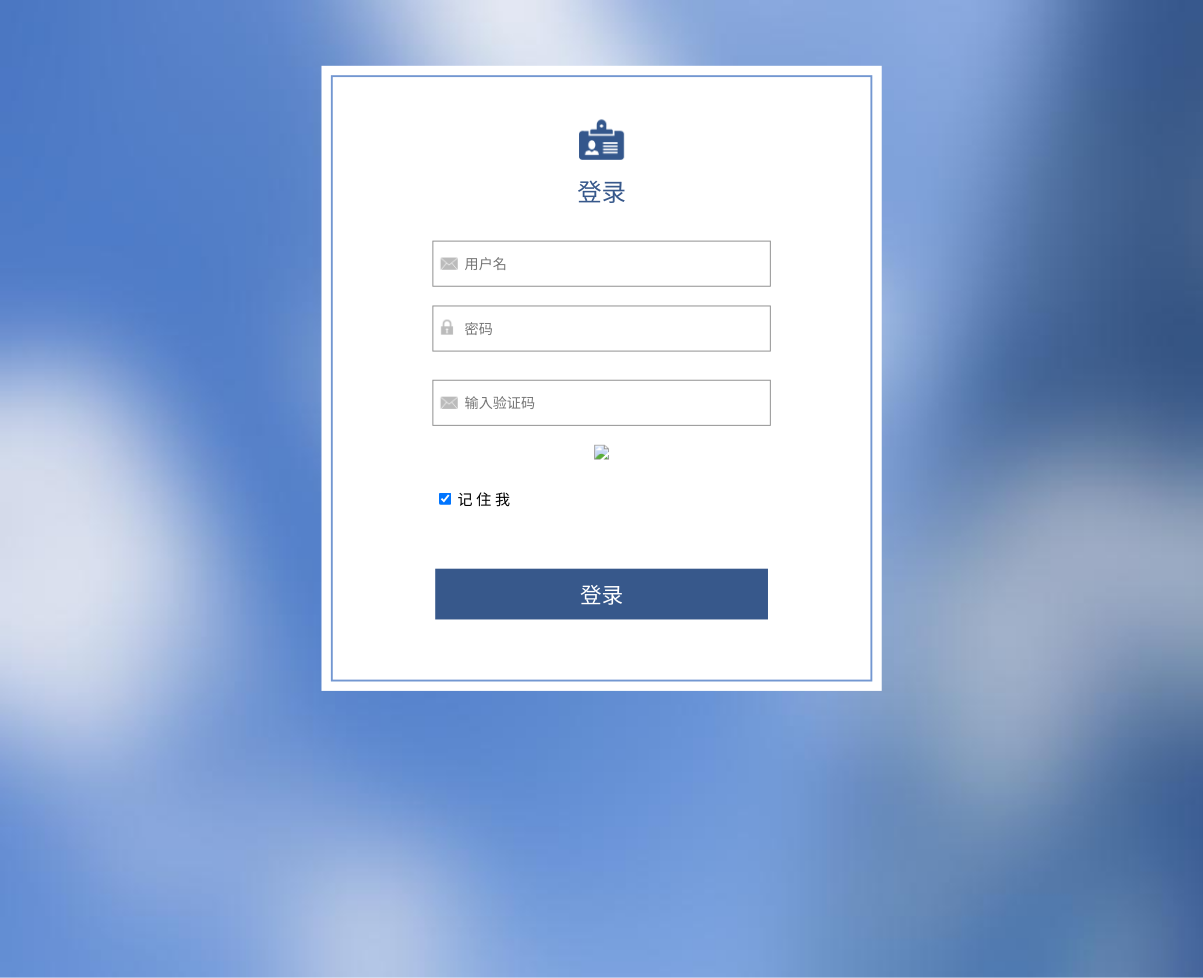
Repository: xnmll/jsp-mysql-mini-system
Page: http://localhost/Member/
An editor plug-in stored every save of this project. The page is shown before and after the next save, followed by the edit.
The browser window is 1280 px wide. The pictures show the whole page, at 94% of full size.
The page is served by Tomcat 9. Other server files are loaded and not shown.

Above is the page before, as saved 2018-05-02 11:40:40.

### finally/Member/WebRoot/login.jsp
<%@ page language="java" import="java.util.*,java.net.URLDecoder" pageEncoding="utf-8"%>
<%@taglib prefix="c" uri="http://java.sun.com/jsp/jstl/core" %>
<%@taglib prefix="fn" uri="http://java.sun.com/jsp/jstl/functions" %>
 <%
	 String username = "";
	 String password = "";
	 Cookie[] c = request.getCookies();
	 if(c != null && c.length > 0)
	 {
	   for(Cookie c1 : c)
	   {
	     if(c1.getName().equals("username"))
	     {
	       username = URLDecoder.decode(c1.getValue(),"utf-8");
	     }
	     if(c1.getName().equals("password"))
	     {
	       password = URLDecoder.decode(c1.getValue(),"utf-8");
	     }
	   }
	 }
  %>
  <%
	//获取请求上下文
	String context = request.getContextPath();
   %>
<!DOCTYPE HTML>
<html>
	<head>
		<title>登录</title>
		<!-- Custom Theme files -->
		<link href="<%=context%>/css/style1.css" rel="stylesheet" type="text/css" media="all"/>
		<!-- Custom Theme files -->
		<meta http-equiv="Content-Type" content="text/html; charset=utf-8" />
		<meta name="viewport" content="width=device-width, initial-scale=1, maximum-scale=1">
		<meta http-equiv="Content-Type" content="text/html; charset=utf-8" />
		<meta name="keywords" content="Login form web template, Sign up Web Templates, Flat Web Templates, Login signup Responsive web template, Smartphone Compatible web template, free webdesigns for Nokia, Samsung, LG, SonyErricsson, Motorola web design" />
	</head>

	<script type="text/javascript">
	   //点击验证码图片会重新加载验证码,Math.random()的作用的每次都传递不同的参数，
	   //从而每次都生成一个新的验证码对象
	     function loadImage(){
			  document.getElementById("code").src = "image.jsp?"+Math.random();
	     }
	</script>

<body>
	<div class="login">
		 <div class="login-main">
	 		<div class="login-top">
	 			<img src="images/head-img.png" alt=""/>
	 			<h1>登录</h1>
	 			<form action="<%=context%>/loginCheckAction" id="form" method="post">
	 			<input type="text" name="username" value="<%=username%>" placeholder="用户名" required>
	 			<input type="password" name="password" value="<%=password%>" placeholder="密码" required>
	 			<input type="text" id="checkcode" name="checkcode" width="200" placeholder="输入验证码" required>
	 			<img src="image.jsp"  height="30px" id="code"  onClick="javascript:loadImage();"/>
	 			<div class="login-bottom">
	 				<div class="login-check">
		 				<input type="checkbox" checked="checked" name="remember"/><i> </i> 记 住 我
		 		    </div>
		 			<div class="clear"> </div>
	 			</div>
	 			  <c:if test="${!empty errorMessage }">
			      	<font color="red">${errorMessage }</font>
			      </c:if>
			      <br><br>

	 			<input type="submit" value="登录" /><br><br>
	 			</form>
	 		</div>
	 	</div>
  </div>
</body>
</html>

### finally/Member/WebRoot/css/style1.css
/*--
Author: W3layouts
Author URL: http://w3layouts.com
License: Creative Commons Attribution 3.0 Unported
License URL: http://creativecommons.org/licenses/by/3.0/
--*/
/* start editing from here */
html,body,div,span,applet,object,iframe,h1,h2,h3,h4,h5,h6,p,blockquote,pre,a,abbr,acronym,address,big,cite,code,del,dfn,em,img,ins,kbd,q,s,samp,small,strike,strong,sub,sup,tt,var,b,u,i,dl,dt,dd,ol,nav ul,nav li,fieldset,form,label,legend,table,caption,tbody,tfoot,thead,tr,th,td,article,aside,canvas,details,embed,figure,figcaption,footer,header,hgroup,menu,nav,output,ruby,section,summary,time,mark,audio,video{margin:0;padding:0;border:0;font-size:100%;font:inherit;vertical-align:baseline;}
article, aside, details, figcaption, figure,footer, header, hgroup, menu, nav, section {display: block;}
ol,ul{list-style:none;margin:0;padding:0;}
blockquote,q{quotes:none;}
blockquote:before,blockquote:after,q:before,q:after{content:'';content:none;}
table{border-collapse:collapse;border-spacing:0;}
/* start editing from here */
a{text-decoration:none;}
.txt-rt{text-align:right;}/* text align right */
.txt-lt{text-align:left;}/* text align left */
.txt-center{text-align:center;}/* text align center */
.float-rt{float:right;}/* float right */
.float-lt{float:left;}/* float left */
.clear{clear:both;}/* clear float */
.pos-relative{position:relative;}/* Position Relative */
.pos-absolute{position:absolute;}/* Position Absolute */
.vertical-base{	vertical-align:baseline;}/* vertical align baseline */
.vertical-top{	vertical-align:top;}/* vertical align top */
.underline{	padding-bottom:5px;	border-bottom: 1px solid #eee; margin:0 0 20px 0;}/* Add 5px bottom padding and a underline */
nav.vertical ul li{	display:block;}/* vertical menu */
nav.horizontal ul li{	display: inline-block;}/* horizontal menu */
img{max-width:100%;}
/*end reset*/
/*--header start here--*/
body {
  background: url(../images/banner.jpg)no-repeat;
  background-size: cover;
  padding: 70px 0px 70px 0px;
  min-height: 900px;
  font-family: 'Roboto', sans-serif;
  font-size: 100%;
}
.login{
  width: 40%;
  background: #fff;
  margin: 0 auto;
  min-height: 400px;
  padding: 10px;
}
.login-main {
  border: 2px solid #7397D1;
  min-height: 400px;
}
.login-top {
  padding: 45px 0px;
  text-align: center;
  position: relative;
}
.login-top h1 {
  font-size: 26px;
  font-weight: 500;
  color: #37588B;
  margin: 10px 0px 35px 0px;
}
span.anc-color {
  color: #8E8E8E;
  font-weight: 300;
}
.login-top ul {
   margin: 27px 0px 20px 0px;
}
.login-top ul li{
	display:inline-block;
}
.login-top ul li a {
  background: url(../images/sprite.png)no-repeat;
  width: 35px;
  height: 34px;
  display: block;
  margin: 0px 13px 0px 0px;
}
.login-top ul li a.fa {
  background-position: 0px -35px;
}
.login-top ul li a.tw {
  background-position: -35px -35px;
}
.login-top ul li a.g {
   background-position: -72px -35px;
}
.login-top ul li a.fa:hover{
 background-position: 0px 0px;
  transition: 0.5s all;
 -webkit-transition: 0.5s all;
 -moz-transition:  0.5s all;
 -o-transition:  0.5s all;
}
.login-top ul li a.tw:hover{
  background-position: -35px 0px;
  transition: 0.5s all;
 -webkit-transition: 0.5s all;
 -moz-transition:  0.5s all;
 -o-transition:  0.5s all;
}
.login-top ul li a.g:hover{
  background-position: -72px 0px;
  transition: 0.5s all;
 -webkit-transition: 0.5s all;
 -moz-transition:  0.5s all;
 -o-transition:  0.5s all;
}
.login-top h2 {
  font-size: 19px;
  font-weight: 400;
  color: #8E8E8E;
  position:relative;
}
.login-top h2:after {
  width: 135px;
  height: 1px;
  background: #8e8e8e;
  position: absolute;
  top: 50%;
  right: 20%;
  content:'';
}
.login-top h2:before {
  width: 135px;
  height: 1px;
  background: #8e8e8e;
  position: absolute;
  top: 50%;
  left: 21%;
  content:'';
}
.login-top h3 {
  font-size: 19px;
  font-weight: 400;
  color: #8E8E8E;
  margin: 0px 0px 16px 0px;
   position: relative;
}
.login-top h3:before{
  width: 135px;
  height: 1px;
  background: #8e8e8e;
  position: absolute;
  top: 50%;
  left: 21%;
  content:'';
}
.login-top h3:after {
  width: 135px;
  height: 1px;
  background: #8e8e8e;
  position: absolute;
  top: 50%;
  right: 20%;
  content:'';
}
.login-top input[type="text"] :-webkit-input-placeholder {
  color:#9F8D78;
}
.login-top input[type="text"] {
  background: url(../images/email.png)no-repeat 7px 17px;
  font-size: 15px;
  font-weight: 400;
  color: #000;
  padding: 15px 10px 15px 33px;
  width: 55%;
  display: block;
  border: 1px solid #8b8b8b;
  outline:none;
  margin: 30px auto 20px;
  -webkit-appearance: none;
}
.login-top input[type="password"]{
background: url(../images/lock.png)no-repeat 8px 14px;
  font-size: 15px;
  font-weight: 400;
  color: #000;
  padding: 15px 10px 15px 33px;
  width: 55%;
  display: block;
  border: 1px solid #8b8b8b;
  margin: 0 auto;
  outline:none;
  -webkit-appearance: none;
}
.login-bottom {
  width: 62%;
  margin: 25px auto;
}
.login-check {
  float: left;
}
.login-para {
  float: right;
}

.login-top.checkbox input {
	position: absolute;
	left: -9999px;
}
.login-top.checkbox i {
	border-color: #fff;
	transition: border-color 0.3s;
	-o-transition: border-color 0.3s;
	-ms-transition: border-color 0.3s;
	-moz-transition: border-color 0.3s;
	-webkit-transition: border-color 0.3s;

}
.login-top.checkbox i:hover {
	border-color:red;

}
.login-top  i:before {
	background-color: #2da5da;
}
.login-top  .rating label {
	color: #ccc;
	transition: color 0.3s;
	-o-transition: color 0.3s;
	-ms-transition: color 0.3s;
	-moz-transition: color 0.3s;
	-webkit-transition: color 0.3s;
}
.login-top .checkbox input + i:after {
	position: absolute;
	opacity: 0;
	transition: opacity 0.1s;
	-o-transition: opacity 0.1s;
	-ms-transition: opacity 0.1s;
	-moz-transition: opacity 0.1s;
	-webkit-transition: opacity 0.1s;
}
.login-top .checkbox input + i:after {
	content: url(../images/tick.png) no-repeat 7px 1px;
	top: 0px;
	left: 0px;
	width: 15px;
	height: 15px;
}
.login-top .checkbox {
	padding: 8px 0px 0px 22px;
	font-size: 15px;
   font-weight: 400;
	line-height: 5px;
	color: #333;
	cursor: pointer;
	position: relative;
	display: block;
	float: left;
}
.login-top .checkbox:hover {
	text-decoration: none;
}
.login-top  .checkbox i {
  position: absolute;
  top: 0px;
  left: 0px;
  display: block;
  width: 15px;
  height: 15px;
  outline: none;
  border: 1px solid #5e5b5b;
}
.login-top  .checkbox input + i:after {
	position: absolute;
	opacity: 0;
	transition: opacity 0.1s;
	-o-transition: opacity 0.1s;
	-ms-transition: opacity 0.1s;
	-moz-transition: opacity 0.1s;
	-webkit-transition: opacity 0.1s;
}
.login-top .checkbox input + i:after {
	color: #2da5da;
}
.login-top.checkbox input:checked + i,
.login-top . input:checked + i {
	border-color: #2da5da;
}
.login-top .rating input:checked ~ label {
	color: #2da5da;
}

.login-top .checkbox input:checked + i:after {
	opacity: 1;
}
.login-top input[type="submit"] {
  background: #37588B;
  color: #FFF;
  border:none;
  font-size: 23px;
  font-weight: 400;
  padding: 10px 0px;
  width: 62%;
  cursor: pointer;
  outline: none;
}
.login-top input[type="submit"]:hover{
	background:#777;
	transition: 0.5s all;
  -webkit-transition: 0.5s all;
  -moz-transition: 0.5s all;
  -o-transition: 0.5s all;
}
.login-top h4 {
  font-size: 19px;
  font-weight: 400;
  color: #bababa;
  margin: 15px 0px 16px 0px;
}
.login-top h4 a{
  font-size: 19px;
  font-weight: 400;
  color: #969696;
  text-decoration: underline;
}
.login-top h4 a:hover{
  color: #37588B;
  transition: 0.5s all;
  -webkit-transition: 0.5s all;
  -moz-transition: 0.5s all;
  -o-transition: 0.5s all;
}
.login-top p a {
  font-size: 15px;
  font-weight: 400;
  color: #8e8e8e;
}
.login-top p a:hover{
	color:#000;
	transition: 0.5s all;
  -webkit-transition: 0.5s all;
  -moz-transition: 0.5s all;
  -o-transition: 0.5s all;
}
.copyright p {
  font-size: 16px;
  font-weight: 400;
  color: #fff;
  text-align: center;
  padding: 100px 0px 0px 0px;
}
.copyright p a{
  font-size: 16px;
  font-weight: 400;
  color: #37588B;
}
.copyright p a:hover{
  color: #fff;
  transition: 0.5s all;
  -webkit-transition: 0.5s all;
  -moz-transition: 0.5s all;
  -o-transition: 0.5s all;
}
/*--header end here--*/
/*--meadia quries start here--*/
@media(max-width:1440px){
.login-top h3:after {
  width: 120px;
}
.login-top h3:before{
  width: 120px;
}
.login-top h2:after {
  width: 120px;
}
.login-top h2:before{
  width: 120px;
}
.login {
  width: 45%;
}
}
@media(max-width:1366px){
.login-top h2:before {
  width: 115px;
}
.login-top h2:after {
  width: 115px;
}
.login-top h3:after {
  width: 115px;
}
.login-top h3:before{
  width: 115px;
}
}
@media(max-width:1280px){
.login-top h2:before {
  width: 100px;
}
.login-top h2:after {
  width: 100px;
}
.login-top h3:after {
  width: 100px;
}
.login-top h3:before{
  width: 100px;
}
}
@media(max-width:1024px){
.login-top input[type="submit"] {
  font-size: 21px;
   width: 75%;
}
.login-top input[type="text"] {
  width: 65%;
}
.login-top input[type="password"] {
  width: 65%;
}
.login-top h3:before {
  width: 95px;
  left: 15%;
}
.login-top h3:after {
  width: 95px;
  right: 15%;
}
.login-top h2:before {
  width: 95px;
  left: 15%;
}
.login-top h2:after {
  width: 95px;
  right: 15%;
}
.login-top {
  padding: 20px 0px;
}
.login-bottom {
  width: 75%;
}
}
@media(max-width:768px){
.login {
  width: 70%;
}
.login-top h1 {
  font-size: 22px;
  margin: 10px 0px 20px 0px;
}
.login-top h2 {
  font-size: 16px;
}
.login-top h3 {
  font-size: 16px;
}
.login-top h4 {
  font-size: 17px;
}
.login-top h4 a {
  font-size: 17px;
}
body {
  min-height: 800px;
}
.login-top h2:before {
  width: 125px;
}
.login-top h2:after {
  width: 125px;
}
.login-top h3:before {
  width: 125px;
}
.login-top h3:after {
  width: 125px;
}
.login-top ul {
  margin: 17px 0px 20px 0px;
}
}
@media(max-width:640px){
.login-top {
  padding: 30px 0px;
}
.login-top ul {
  margin: 20px 0px 10px 0px;
}
body {
  padding: 70px 0px 0px 0px;
}
.login-top h2:before {
  width: 100px;
}
.login-top h2:after {
  width: 100px;
}
.login-top h3:before {
  width: 100px;
}
.login-top h3:after {
  width: 100px;
}
}
@media(max-width:480px){
body {
  min-height: 700px;
}
.login-top h1 {
  font-size: 19px;
  margin: 5px 0px 10px 0px;
}
.login-top input[type="text"] {
  background: url(../images/email.png)no-repeat 6px 12px;
  padding: 10px 0px 10px 33px;
  width: 70%;
  margin: 16px auto 15px;
  font-size:13px;
}
.login-top input[type="password"] {
  background: url(../images/lock.png)no-repeat 6px 8px;
  padding: 10px 0px 10px 33px;
  width: 70%;
  font-size:13px;
}
.login-top p a {
  font-size: 14px;
}
.login-top input[type="submit"] {
  width: 80%;
  font-size: 18px;
}
.login-top h4 {
  font-size: 15px;
}
.login-top h4 a {
  font-size: 15px;
}
.copyright  p {
  font-size: 14px;
  padding: 85px 0px 0px 0px;
}
.copyright  p a{
  font-size: 14px;
}
.login-top h2:before {
  width: 85px;
  left: 11%;
}
.login-top h2:after {
  width: 85px;
   right: 11%;
}
.login-top h3:after {
  width: 85px;
  right: 11%;
}
.login-top h3:before {
  width: 85px;
  left: 11%;
}
.login-top ul {
  margin: 10px 0px 10px 0px;
}
.login-top ul li a {
  margin: 0px 3px 0px 0px;
}
.login {
  width: 75%;
}
.login-top .checkbox {
  font-size: 13px;
}
.login-bottom {
  width: 80%;
}
}
@media(max-width:320px){
body {
  padding: 40px 0px 0px 0px;
  min-height: 560px;
}
.copyright p {
  font-size: 13px;
  padding: 35px 0px 0px 0px;
}
.login-top {
  padding: 15px 0px;
}
.login-top h1 {
  font-size: 17px;
}
.login-top h2 {
  font-size: 13px;
}
.login-top ul {
  margin: 13px 0px 5px 0px;
}
.login-top p a {
  font-size: 12px;
}
.login-top input[type="submit"] {
   font-size: 15px;
   width: 85%;
}
.login-top h4 {
  font-size: 13px;
}
.login-top h4 a {
  font-size: 13px;
}
.login-top .checkbox {
  font-size: 12px;
}
.login-top h2:before {
  width: 55px;
}
.login-top h2:after {
  width: 55px;
}
.login-top h3:after {
   width: 55px;
}
.login-top h3:before {
   width: 55px;
}
.login {
  width: 82%;
}
.login-bottom {
  width: 85%;
  margin: 15px auto;
}
.login-top ul li a {
  width: 25px;
  height: 22px;
  background-size: 276%;
}
.login-top ul li a.fa {
  background-position: 1px -22px;
}
.login-top ul li a.fa:hover {
  background-position: 1px 0px;
}
.login-top ul li a.tw {
  background-position: -22px -22px;
}
.login-top ul li a.tw:hover {
  background-position: -22px 0px;
}
.login-top ul li a.g {
  background-position: -45px -22px;
}
.login-top ul li a.g:hover {
  background-position: -45px 0px;
}
/*--meadia quries end here--*/

After the next save:
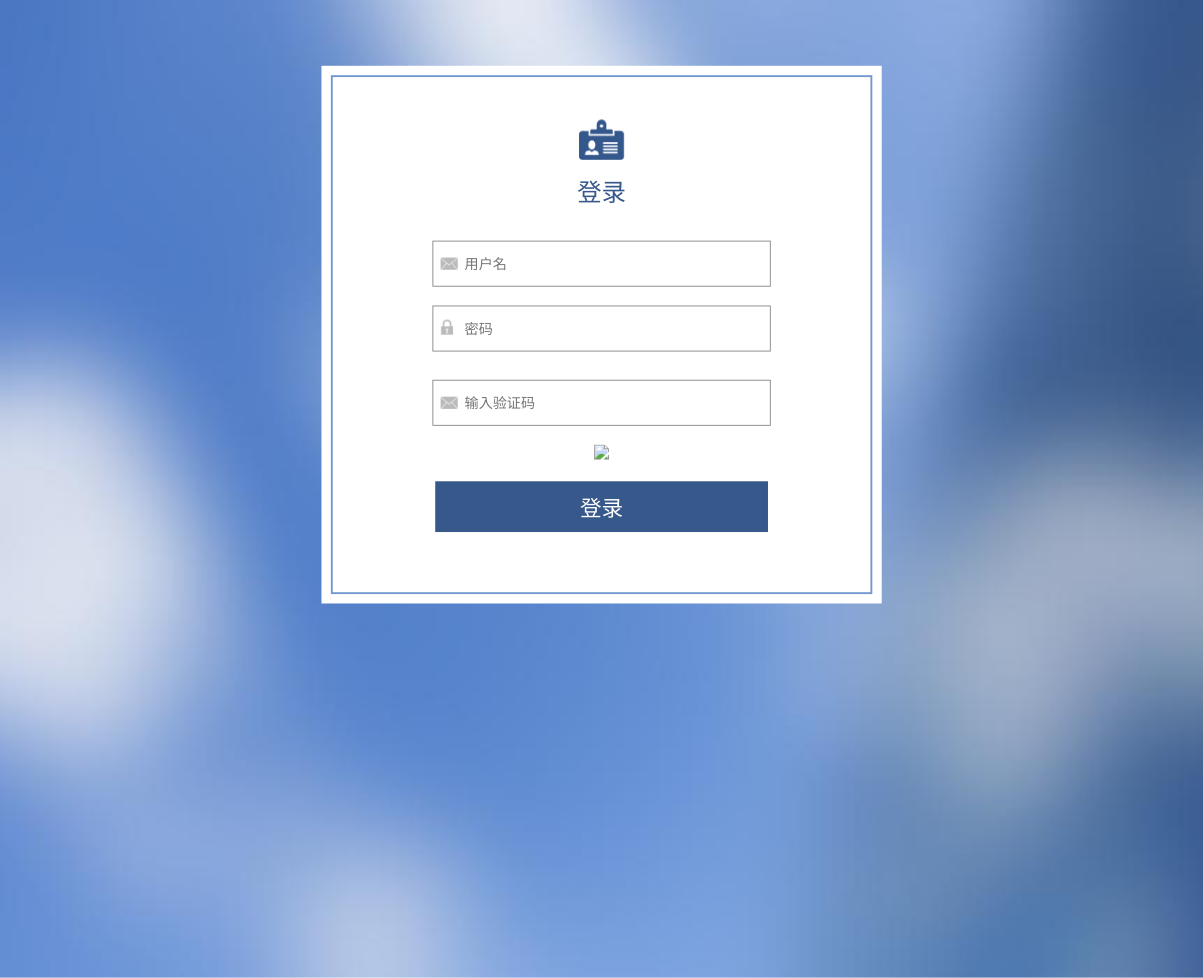
Saved 5 s later.
--- a/finally/Member/WebRoot/login.jsp
+++ b/finally/Member/WebRoot/login.jsp
@@ -56,12 +56,7 @@
 	 			<input type="password" name="password" value="<%=password%>" placeholder="密码" required>
 	 			<input type="text" id="checkcode" name="checkcode" width="200" placeholder="输入验证码" required>
 	 			<img src="image.jsp"  height="30px" id="code"  onClick="javascript:loadImage();"/>
-	 			<div class="login-bottom">
-	 				<div class="login-check">
-		 				<input type="checkbox" checked="checked" name="remember"/><i> </i> 记 住 我
-		 		    </div>
-		 			<div class="clear"> </div>
-	 			</div>
+
 	 			  <c:if test="${!empty errorMessage }">
 			      	<font color="red">${errorMessage }</font>
 			      </c:if>
